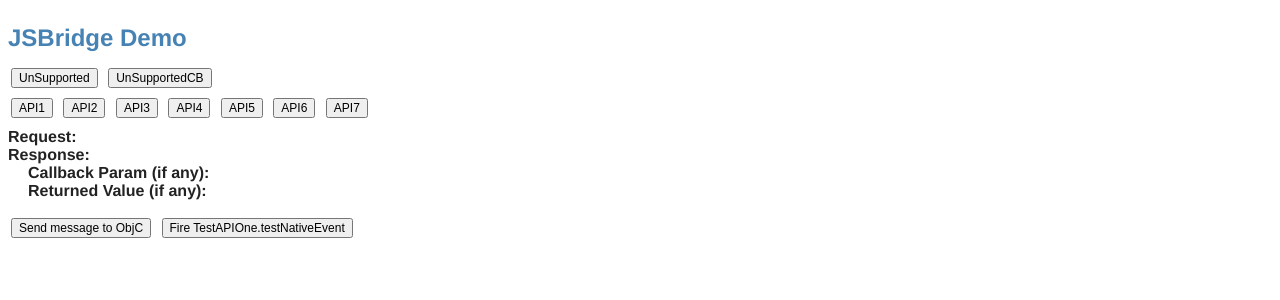
Repository: siva17/JSBridge
Page: Android/JSBridge/assets/index.html
These files come from the project's save history. The page is drawn as it stood at one moment and after the next save; the edit follows.
The browser window is 1280 px wide. The pictures show the whole page.

Above is the page before, as saved 2015-01-20 01:05:32.

After the next save:
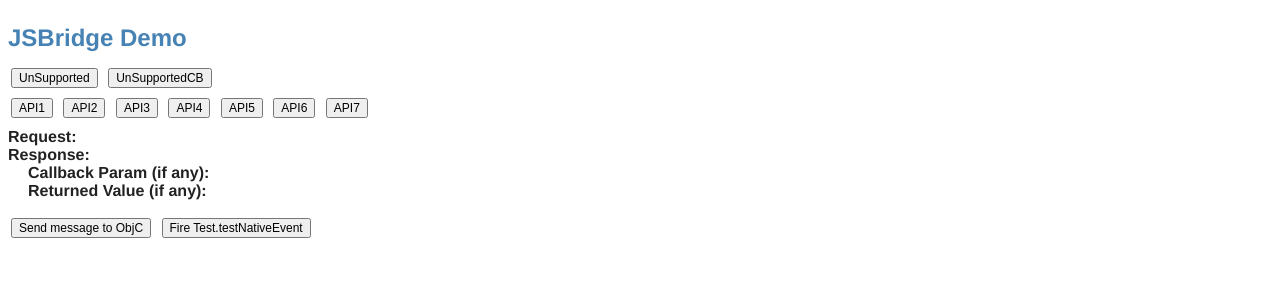
Saved 69 s later.
--- a/Android/JSBridge/assets/index.html
+++ b/Android/JSBridge/assets/index.html
@@ -57,8 +57,8 @@
                 });
             }
             window.sendEvent = function() {
-                log('JS calling handler "TestAPIOne.testNativeEvent"');
-                bridge.send('TestAPIOne.testNativeEvent', {'foo': 'bar'}, function(response) {
+                log('JS calling handler "Test.testNativeEvent"');
+                bridge.send('Test.testNativeEvent', {'foo': 'bar'}, function(response) {
                     log('JS got response', response);
                 });
             };
@@ -89,32 +89,32 @@
             testUpdateReturnValue(JSBridge.callAPI("Hello.UnsupportedCB",{"un":"un Value"},testLogCallBack));
         }
         function testOne() {
-            testUpdateRequest('JSBridge.callAPI("TestAPIOne.APIOne")');
-            testUpdateReturnValue(JSBridge.callAPI("TestAPIOne.APIOne"));
+            testUpdateRequest('JSBridge.callAPI("Test.APIOne")');
+            testUpdateReturnValue(JSBridge.callAPI("Test.APIOne"));
         }
         function testTwo() {
-            testUpdateRequest('JSBridge.callAPI("TestAPIOne.APITwo",{"t1":"t1 Value"})');
-            testUpdateReturnValue(JSBridge.callAPI("TestAPIOne.APITwo",{"t1":"t1 Value"}));
+            testUpdateRequest('JSBridge.callAPI("Test.APITwo",{"t1":"t1 Value"})');
+            testUpdateReturnValue(JSBridge.callAPI("Test.APITwo",{"t1":"t1 Value"}));
         }
         function testThree() {
-            testUpdateRequest('JSBridge.callAPI("TestAPIOne.APIThree",{"t1":"t1 Value"})');
-            testUpdateReturnValue(JSBridge.callAPI("TestAPIOne.APIThree",{"t1":"t1 Value"}));
+            testUpdateRequest('JSBridge.callAPI("Test.APIThree",{"t1":"t1 Value"})');
+            testUpdateReturnValue(JSBridge.callAPI("Test.APIThree",{"t1":"t1 Value"}));
         }
         function testFour() {
-            testUpdateRequest('JSBridge.callAPI("TestAPIOne.APIFour",{"t1":"t1 Value"},testLogCallBack)');
-            testUpdateReturnValue(JSBridge.callAPI("TestAPIOne.APIFour",{"t1":"t1 Value"},testLogCallBack));
+            testUpdateRequest('JSBridge.callAPI("Test.APIFour",{"t1":"t1 Value"},testLogCallBack)');
+            testUpdateReturnValue(JSBridge.callAPI("Test.APIFour",{"t1":"t1 Value"},testLogCallBack));
         }
         function testFive() {
-            testUpdateRequest('JSBridge.callAPI("TestAPIOne.APIFive",{"t1":"t1 Value"},testLogCallBack)');
-            testUpdateReturnValue(JSBridge.callAPI("TestAPIOne.APIFive",{"t1":"t1 Value"},testLogCallBack));
+            testUpdateRequest('JSBridge.callAPI("Test.APIFive",{"t1":"t1 Value"},testLogCallBack)');
+            testUpdateReturnValue(JSBridge.callAPI("Test.APIFive",{"t1":"t1 Value"},testLogCallBack));
         }
         function testSix() {
-            testUpdateRequest('JSBridge.callAPI("TestAPIOne.APISix",{"t1":"t1 Value"},testLogCallBack)');
-            testUpdateReturnValue(JSBridge.callAPI("TestAPIOne.APISix",{"t1":"t1 Value"},testLogCallBack));
+            testUpdateRequest('JSBridge.callAPI("Test.APISix",{"t1":"t1 Value"},testLogCallBack)');
+            testUpdateReturnValue(JSBridge.callAPI("Test.APISix",{"t1":"t1 Value"},testLogCallBack));
         }
         function testSeven() {
-            testUpdateRequest('JSBridge.callAPI("TestAPIOne.APISeven",{"t1":"t1 Value"},testLogCallBack)');
-            testUpdateReturnValue(JSBridge.callAPI("TestAPIOne.APISeven",{"t1":"t1 Value"},testLogCallBack));
+            testUpdateRequest('JSBridge.callAPI("Test.APISeven",{"t1":"t1 Value"},testLogCallBack)');
+            testUpdateReturnValue(JSBridge.callAPI("Test.APISeven",{"t1":"t1 Value"},testLogCallBack));
         }
     </script>
     <button type="button" class="btn btn-primary" onclick="testUnSupported()">UnSupported</button>
@@ -135,7 +135,7 @@
     </div>
     <br>
     <button type="button" class="btn btn-primary" onclick="sendMessage()">Send message to ObjC</button>
-    <button type="button" class="btn btn-primary" onclick="sendEvent()">Fire TestAPIOne.testNativeEvent</button>
+    <button type="button" class="btn btn-primary" onclick="sendEvent()">Fire Test.testNativeEvent</button>
     <br>
     <div id='log'></div>
 </body>
